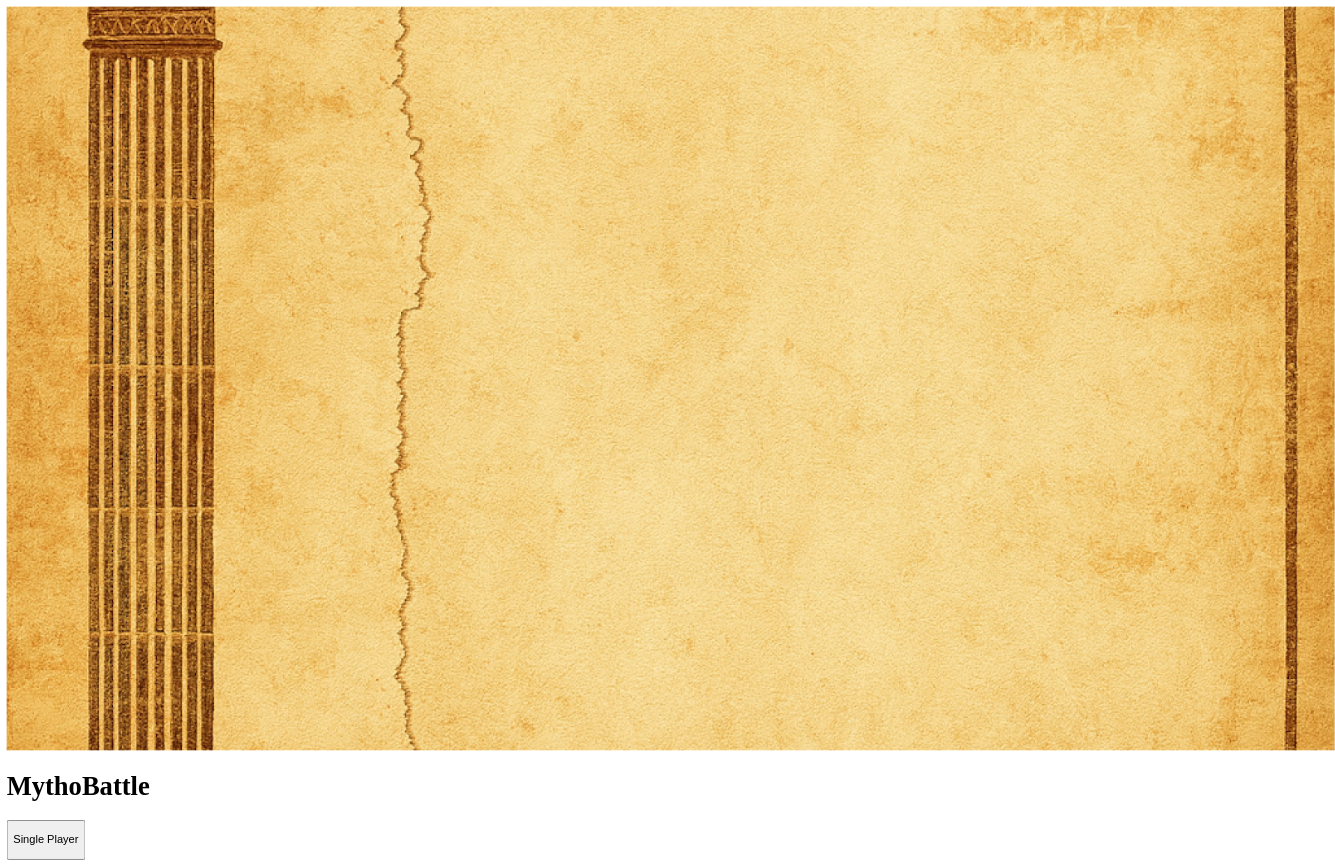
Repository: brianabariteau/Web-1-Final-Project-2025
Page: features/mode-selection/mode-selection.html
An editor plug-in stored every save of this project. The page is shown before and after the next save, followed by the edit.
The browser window is 1280 px wide. The page is 1608 px wide, then 1280 px, then 1608 px, so the pictures cover 1608 px, including what lies to the right of the window. The pictures show the whole page, at 83% of full size.
Some web fonts or font styles are not loaded; a fallback is used.

Above is the page before, as saved 2025-12-21 22:10:30.

### features/mode-selection/mode-selection.html
<!DOCTYPE html>
<html>
  <head>
    <meta charset="utf-8" />
    <meta http-equiv="X-UA-Compatible" content="IE=edge" />
    <title>Mode Selection</title>
    <meta name="viewport" content="width=device-width, initial-scale=1" />
    <link
      rel="stylesheet"
      type="text/css"
      media="screen"
      href="mode-selection.css"
    />
    <script type="module" defer src="mode-selection.js"></script>
    <link rel="icon" type="image/x-icon" href="/assets/characters/zeus.png" />
    <script
      src="https://code.jquery.com/jquery-3.7.1.min.js"
      integrity="sha256-/JqT3SQfawRcv/BIHPThkBvs0OEvtFFmqPF/lYI/Cxo="
      crossorigin="anonymous"
    ></script>
    <link
      href="https://fonts.googleapis.com/css2?family=Jersey+25&display=swap"
      rel="stylesheet"
    />
  </head>
  <body></body>
</html>

### features/mode-selection/mode-selection.js
"use strict";

// * The Background Image
const background = $("<img>")
  .addClass("background")
  .attr("src", "./assets/backgrounds/landing-page-background.png")
  .attr("alt", "Background");

// * Grouping
const grouping = $("<div>").addClass("group");

// * Title
const title = $("<h1>").addClass("Title").text("MythoBattle");

// * Single Player Button
const startButton = $("<button>").addClass("Start-Button");
const buttonText = $("<p>").text("Single Player");

$(startButton).on("click", () => {
  window.location.href =
    "./features/character-selection/character-selection.html";
});

$(startButton).append(buttonText);

$(grouping).append(title, startButton);
$("body").append(background, grouping);

Loaded but not shown: features/mode-selection/mode-selection.css (no stored copy; drawn as an empty file)

After the next save:
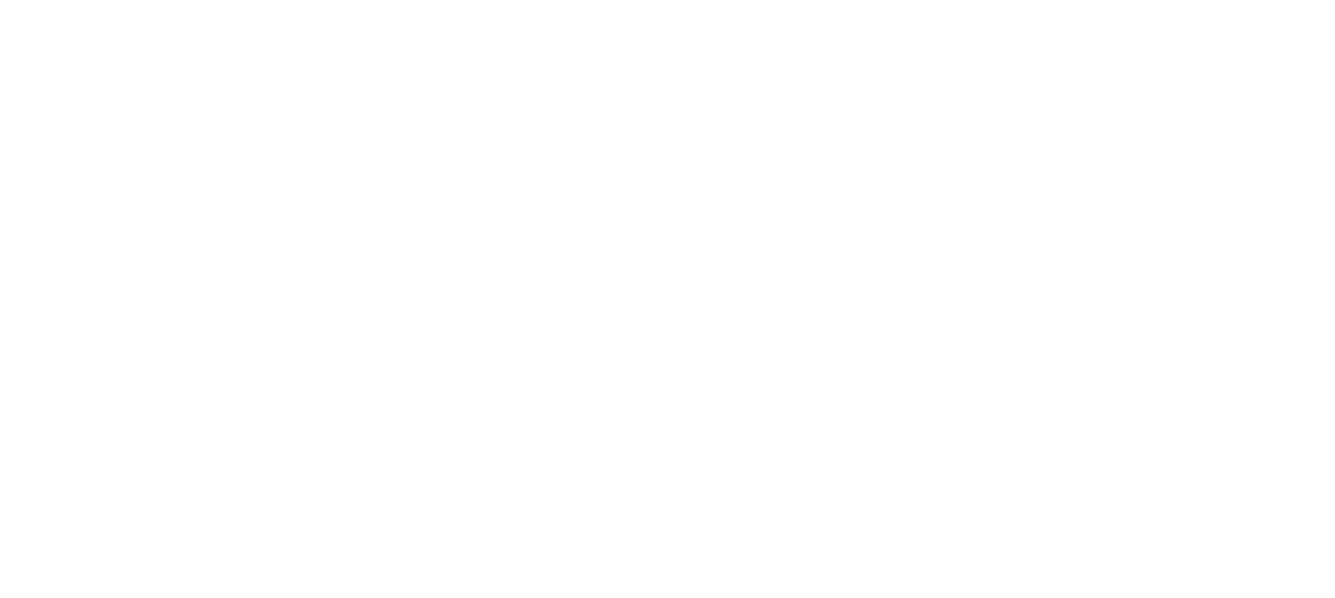
Console error: ReferenceError: Cannot access 'buttonText' before initialization
Saved 39 s later.
--- a/features/mode-selection/mode-selection.js
+++ b/features/mode-selection/mode-selection.js
@@ -13,6 +13,17 @@
 const title = $("<h1>").addClass("Title").text("MythoBattle");
 
 // * Single Player Button
+const singlePlayerButton = $("<button>").addClass("Start-Button");
+const singlePlayerText = $("<p>").text("Single Player");
+
+$(singlePlayerButton).on("click", () => {
+  window.location.href =
+    "./features/character-selection/character-selection.html";
+});
+
+$(singlePlayerButton).append(buttonText);
+
+// * Multi-Player Button
 const startButton = $("<button>").addClass("Start-Button");
 const buttonText = $("<p>").text("Single Player");
 

After the save that followed:
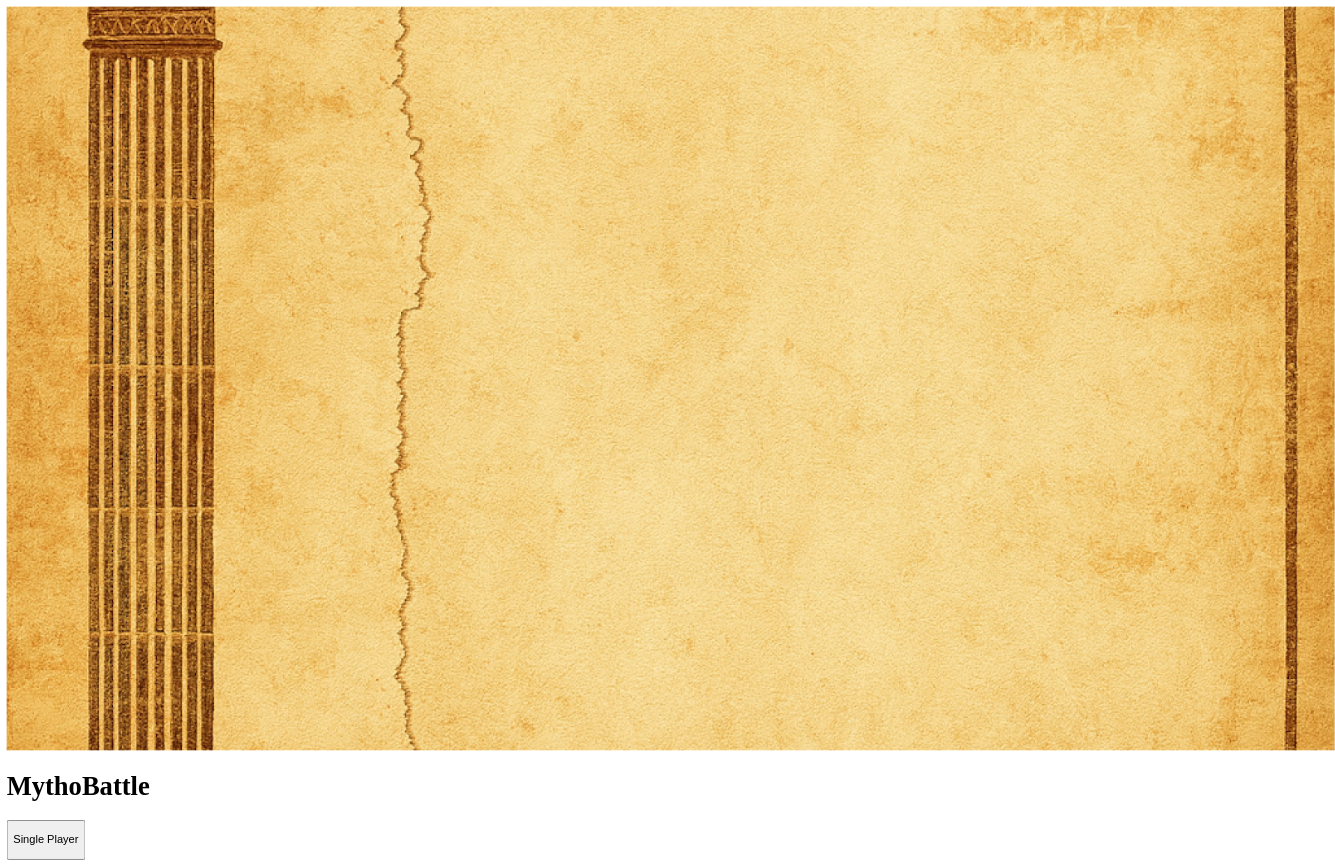
The error is gone.
Saved 12 s later.
--- a/features/mode-selection/mode-selection.js
+++ b/features/mode-selection/mode-selection.js
@@ -13,7 +13,7 @@
 const title = $("<h1>").addClass("Title").text("MythoBattle");
 
 // * Single Player Button
-const singlePlayerButton = $("<button>").addClass("Start-Button");
+const singlePlayerButton = $("<button>").addClass("single-player-button");
 const singlePlayerText = $("<p>").text("Single Player");
 
 $(singlePlayerButton).on("click", () => {
@@ -21,7 +21,7 @@
     "./features/character-selection/character-selection.html";
 });
 
-$(singlePlayerButton).append(buttonText);
+$(singlePlayerButton).append(singlePlayerText);
 
 // * Multi-Player Button
 const startButton = $("<button>").addClass("Start-Button");
